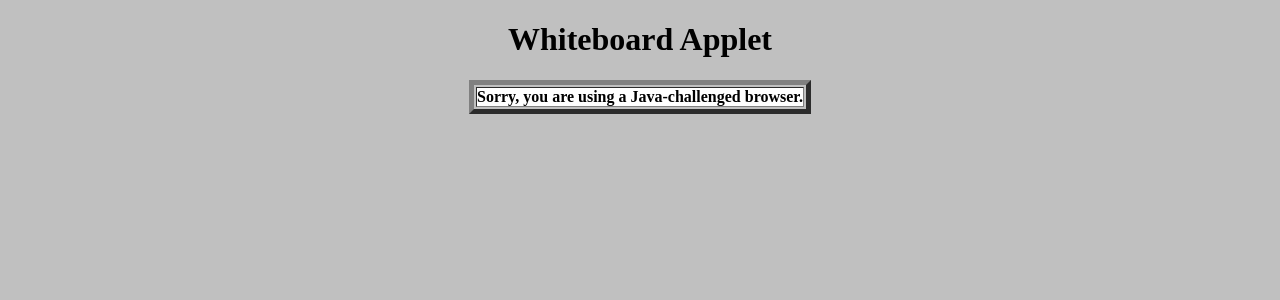
Repository: EnjoyWorkTrue/Spring2014
Page: CMP342/Assignment2/project1/index.html
An editor plug-in stored every save of this project. The page is shown before and after the next save, followed by the edit.
The browser window is 1280 px wide. The pictures show the whole page.

Above is the page before, as saved 2014-02-25 01:50:25.

### CMP342/Assignment2/project1/index.html
<!DOCTYPE HTML >
<html>
<head>
  <title>Whiteboard Applet</title>
</head>
<body bgcolor="#C0C0C0">
<div align="center">
<h1>Whiteboard Applet</h1>
<table border="5" cellpadding="0">
  <tr><td bgcolor="white">

      <applet  code="Drwing.class" width="500" height="300">
        <b>Sorry, you are using a Java-challenged browser.</b>
      </applet>
  </td></tr>
</table>
</div>
</body>
</html>

After the next save:
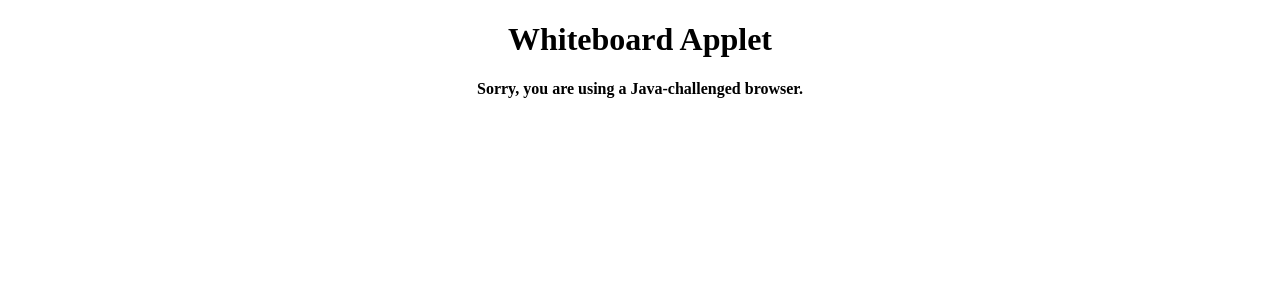
Saved 95 s later.
--- a/CMP342/Assignment2/project1/index.html
+++ b/CMP342/Assignment2/project1/index.html
@@ -3,10 +3,8 @@
 <head>
   <title>Whiteboard Applet</title>
 </head>
-<body bgcolor="#C0C0C0">
 <div align="center">
 <h1>Whiteboard Applet</h1>
-<table border="5" cellpadding="0">
   <tr><td bgcolor="white">
 
       <applet  code="Drwing.class" width="500" height="300">
